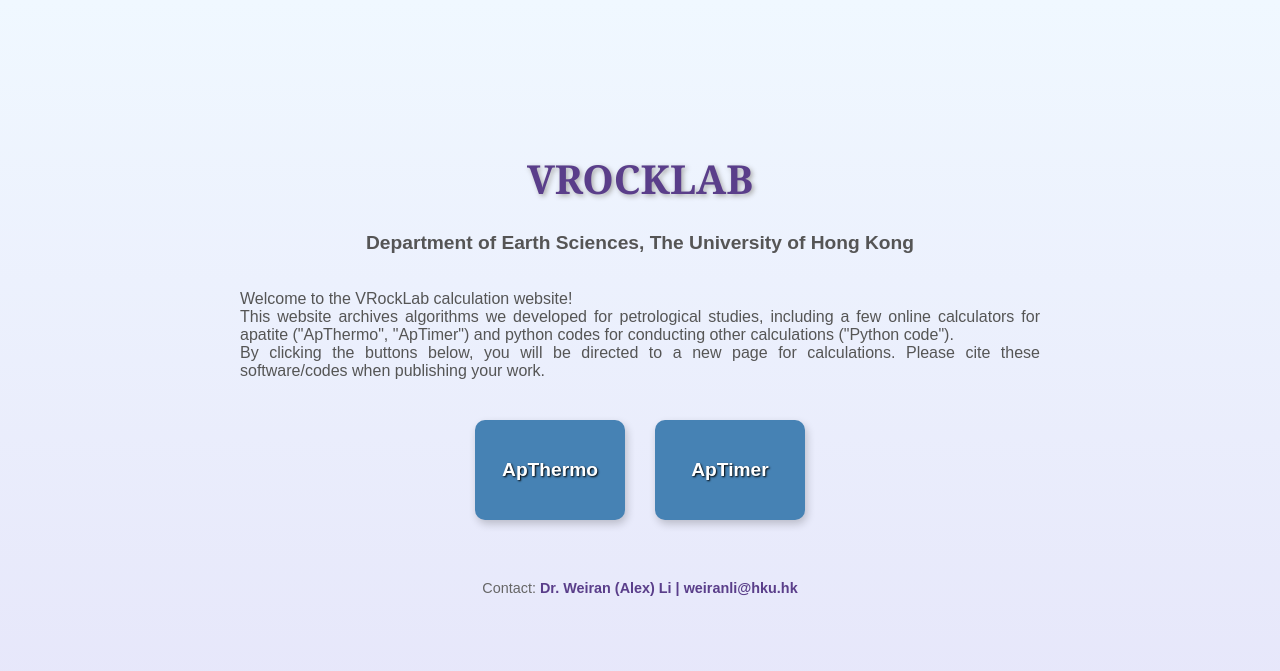
Repository: Abyss2019/home_page
Page: index.html
The author's editor kept a copy of each file at every save. The page is drawn from the files as they stood at one save, then again after the next save.
The browser window is 1280 px wide. The pictures show the whole page.

Above is the page before, as saved 2025-04-06 10:24:06.

### index.html
<!DOCTYPE html>
<html lang="en">
<head>
    <meta charset="UTF-8">
    <meta name="viewport" content="width=device-width, initial-scale=1.0">
    <title>VROCKLAB</title>
    <style>
        body {
            font-family: Arial, sans-serif;
            margin: 0;
            padding: 0;
            /* background-image: url('./bg.webp'); */
            background: linear-gradient(to bottom, #f0f8ff, #e6e6fa);
            color: #333;
            display: flex;
            flex-direction: column;
            align-items: center;
            justify-content: center;
            height: 100vh;
        }

        header {
            text-align: center;
            /* margin-bottom: 30px; */
        }

        header h1 {
            font-size: 2.5em;
            font-family: 'Georgia', serif;
            text-shadow: 2px 2px 5px #aaa;
            color: #5a3e8a;
        }

        header h2 {
            font-size: 1.2em;
            margin-top: 5px;
            color: #555;
        }

        .intro {
            font-size: 1em;
            margin: 20px 0;
            text-align: justify;
            color: #555;
            max-width: 800px;
        }

        .buttons-container {
            display: flex;
            gap: 30px;
            margin: 20px 0;
        }

        .button {
            display: flex;
            align-items: center;
            justify-content: center;
            width: 150px;
            height: 100px;
            background-color: #4682b4;
            border-radius: 10px;
            box-shadow: 2px 4px 8px rgba(0, 0, 0, 0.2);
            color: #fff;
            font-size: 1.2em;
            font-weight: bold;
            text-decoration: none;
            text-shadow: 1px 1px 2px #000;

        }
        .button:hover{
          transform: scale(1.05);
        }

        footer {
            margin-top: 40px;
            font-size: 0.9em;
            color: #666;
            text-align: center;
        }

        footer a {
            color: #5a3e8a;
            text-decoration: none;
            font-weight: bold;
        }

        footer a:hover {
            text-decoration: underline;
        }
    </style>
</head>
<body>
    <header>
        <h1>VROCKLAB</h1>
        <h2>Department of Earth Sciences, The University of Hong Kong</h2>
    </header>

    <div class="intro">
        Welcome to the VRockLab calculation website! <br>
        This website archives algorithms we developed for petrological studies, including a few online calculators for apatite ("ApThermo", "ApTimer") and python codes for conducting other calculations ("Python code"). <br>
        By clicking the buttons below, you will be directed to a new page for calculations.
        Please cite these software/codes when publishing your work.<br>

    </div>

    <div class="buttons-container">
        <a href="https://vrocklab.hku.hk/ApThermo/" target="_blank" class="button">ApThermo</a>
        <a href="https://vrocklab.hku.hk/ApTimer/" target="_blank" class="button">ApTimer</a>
    </div>

    <footer>
        Contact: <a href="mailto:weiranli@hku.hk">Dr. Weiran (Alex) Li | weiranli@hku.hk</a>
    </footer>
</body>
</html>

After the next save:
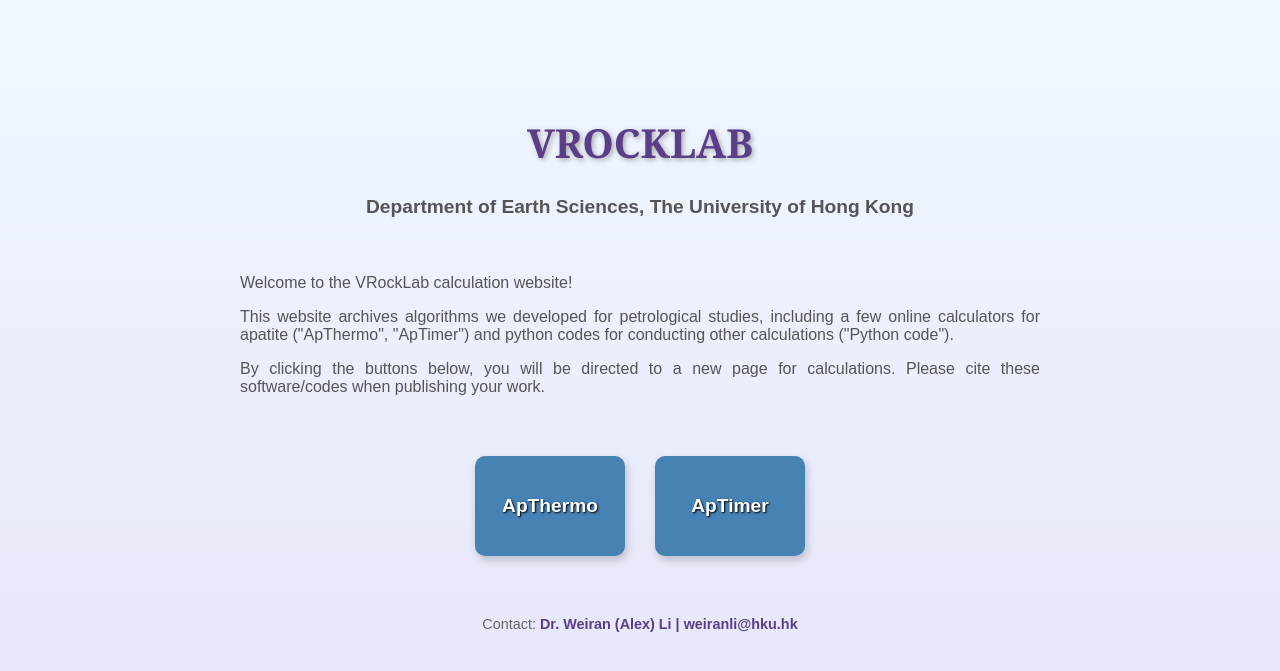
Saved 7 s later.
--- a/index.html
+++ b/index.html
@@ -96,11 +96,11 @@
     </header>
 
     <div class="intro">
-        Welcome to the VRockLab calculation website! <br>
-        This website archives algorithms we developed for petrological studies, including a few online calculators for apatite ("ApThermo", "ApTimer") and python codes for conducting other calculations ("Python code"). <br>
-        By clicking the buttons below, you will be directed to a new page for calculations.
-        Please cite these software/codes when publishing your work.<br>
-
+        <div class="intro indent">
+        <p>Welcome to the VRockLab calculation website!</p>
+        <p>This website archives algorithms we developed for petrological studies, including a few online calculators for apatite ("ApThermo", "ApTimer") and python codes for conducting other calculations ("Python code").</p>
+        <p>By clicking the buttons below, you will be directed to a new page for calculations. Please cite these software/codes when publishing your work.</p>
+        </div>
     </div>
 
     <div class="buttons-container">
